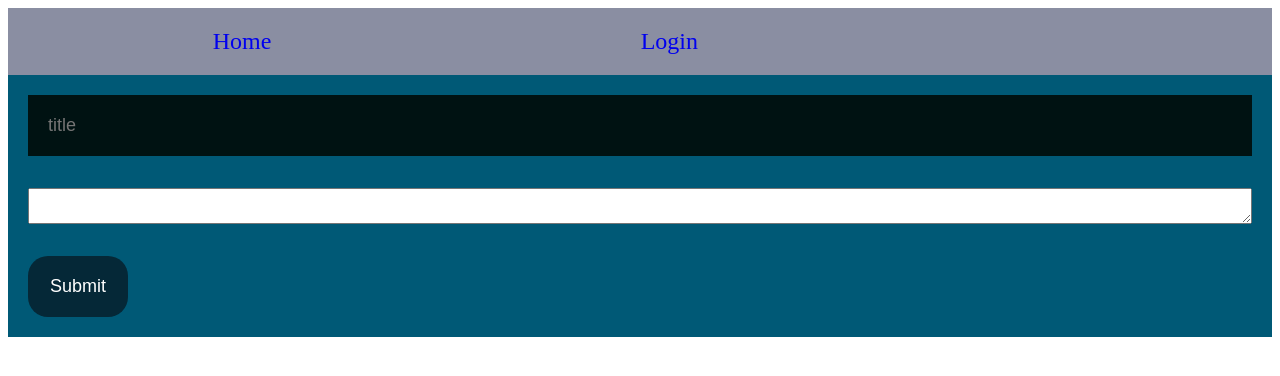
Repository: albinsabu2023/postapp
Page: /createpost
These files come from the project's save history. The page is drawn as it stood at one moment and after a run of saves; the edit follows.
The browser window is 1280 px wide. The pictures show the whole page.
The pointer rests on the first visible `.submitButton`.
The project was rebuilt for these pictures with package versions that can differ from the ones it lists, and the page was loaded fresh each time. Also part of the build but not shown: src/Components/Home.tsx, src/Components/Login.tsx.

Above is the page before, as saved 2024-02-05 11:28:38.

After the next 2 saves:
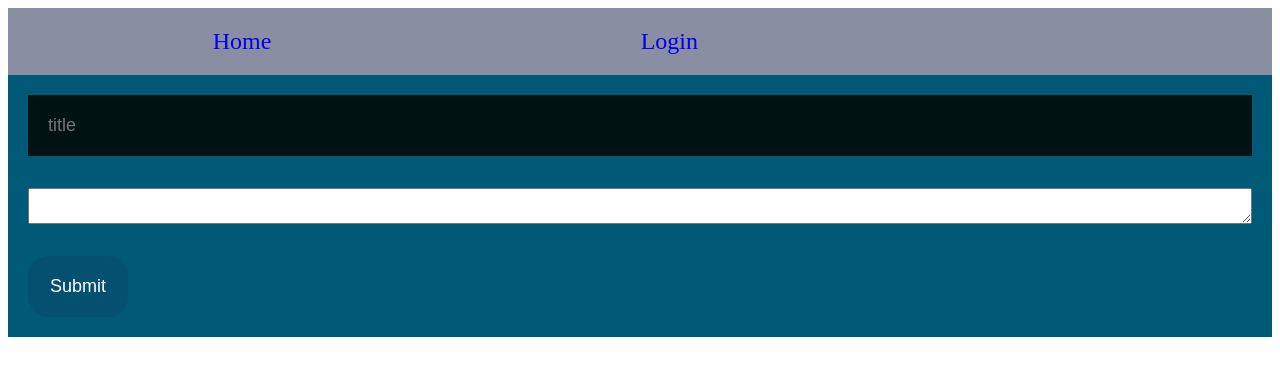
The 2 saves are shown as one change because they came seconds apart.
The last was saved 17 s later.
--- a/src/create-post/CreateForm.css
+++ b/src/create-post/CreateForm.css
@@ -22,3 +22,10 @@ form input:focus {
     cursor: pointer;
 
 }
+.submitButton:hover {
+    background-color: rgb(4, 80, 112);
+    border-radius: 20px;
+    width: 100px;
+    cursor: pointer;
+
+}
